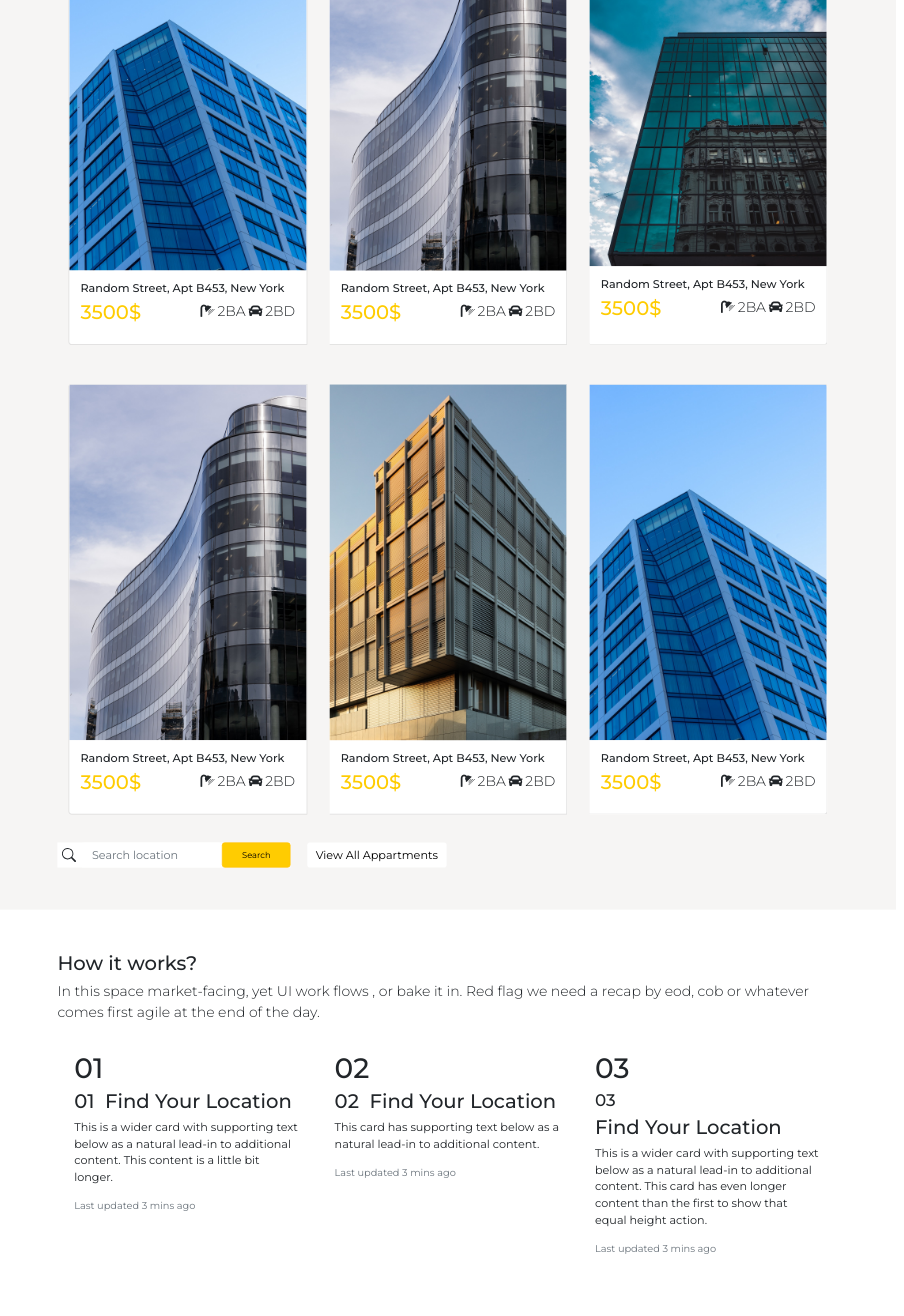
Repository: Toqa-25/luxstate
Page: index.html
An editor plug-in stored every save of this project. The page is shown before and after the next save, followed by the edit.
The browser window is 1280 px wide. The page is 1292 px wide, so the pictures cover 1292 px, including what lies to the right of the window. The pictures show the part of the page from y = 1318 to 3198 px (the page is 3198 px tall before and 3137 px after), at 70% of full size.

Above is the page before, as saved 2021-06-09 06:31:47.

### index.html
<!DOCTYPE html>
<html lang="en">
<head>
    <meta charset="UTF-8">
    <meta http-equiv="X-UA-Compatible" content="IE=edge">
    <meta name="viewport" content="width=device-width, initial-scale=1.0">
    <!-- Bootstrap file -->
    <link rel="stylesheet" href="css/bootstrap.css">
    <!-- My Bootstrap file -->
    <link rel="stylesheet" href="css/my-bootstrap.css">
    <!-- all main style -->
    <link rel="stylesheet" href="css/all.min.css">
    <!-- CDN css file -->
    <link href="https://cdn.jsdelivr.net/npm/bootstrap@5.0.1/dist/css/bootstrap.min.css" rel="stylesheet" integrity="sha384-+0n0xVW2eSR5OomGNYDnhzAbDsOXxcvSN1TPprVMTNDbiYZCxYbOOl7+AMvyTG2x" crossorigin="anonymous">
    <!-- Style file -->
    <link rel="stylesheet" href="css/style.css">
    <!-- web fonts -->
    <link rel="preconnect" href="https://fonts.gstatic.com">
<link href="https://fonts.googleapis.com/css2?family=Montserrat:wght@100;200;300;400;500;600;700;800;900&display=swap" rel="stylesheet">
    <title>Bootstarp</title>
</head>
<body>
    <nav class="navbar navbar-expand-lg navbar-light bg-light">
        <div class="container">
          <a class="navbar-brand" href="#">luxestate</a>
          <button class="navbar-toggler" type="button" data-bs-toggle="collapse" data-bs-target="#navbarSupportedContent" aria-controls="navbarSupportedContent" aria-expanded="false" aria-label="Toggle navigation">
            <span class="navbar-toggler-icon"></span>
          </button>
          <div class="collapse navbar-collapse offset-2 navbar-light" id="navbarSupportedContent">
            <ul class="navbar-nav me-auto mb-2 mb-lg-0 ">
              <li class="nav-item">
                <a class="nav-link active" aria-current="page" href="#">About</a>
              </li>
              <li class="nav-item ">
                <a class="nav-link " href="#">Appartment</a>
              </li>
              <li class="nav-item">
                <a class="nav-link" href="#">How it work</a>
              </li>
              <li class="nav-item">
                <a class="nav-link" href="#">Agents</a>
              </li>
              <li class="nav-item">
                <a class="nav-link" href="#">Contact us</a>
              </li>

            </ul>
            <ul class="nav justify-content-end last-nav">
                <li class="nav-item">
                  <a class="nav-link active" aria-current="page" href="#">Join us</a>
                </li>
                <li class="nav-item focuse">
                  <a class="nav-link " href="#">Contact us</a>
                </li>

              </ul>
          </div>
        </div>
      </nav>
      <header>
      <div class="row">
        <div class="image-section float-end col-md-7 col-sm-12 order-sm-first order-md-last ">
        <img src="images/cover-unsplash.jpg" class="img-fluid "  alt="...">
        <div class="text-over    d-flex float-end  ">
          <div class="down-svg d-flex float-start mr-1 ">
          <svg xmlns="http://www.w3.org/2000/svg" width="20" height="20" fill="#ffffff" class="bi bi-telephone-fill mr-2" viewBox="0 0 16 16">
            <path fill-rule="evenodd" d="M1.885.511a1.745 1.745 0 0 1 2.61.163L6.29 2.98c.329.423.445.974.315 1.494l-.547 2.19a.678.678 0 0 0 .178.643l2.457 2.457a.678.678 0 0 0 .644.178l2.189-.547a1.745 1.745 0 0 1 1.494.315l2.306 1.794c.829.645.905 1.87.163 2.611l-1.034 1.034c-.74.74-1.846 1.065-2.877.702a18.634 18.634 0 0 1-7.01-4.42 18.634 18.634 0 0 1-4.42-7.009c-.362-1.03-.037-2.137.703-2.877L1.885.511z"/>
          </svg>
          <h6>(000)123-456</h6>
        </div>
        <div class="down-svg d-flex  ">
          <svg xmlns="http://www.w3.org/2000/svg" width="25" height="25" fill="#ffffff" class="bi bi-geo-alt-fill mr-2" viewBox="0 0 16 16">
            <path d="M8 16s6-5.686 6-10A6 6 0 0 0 2 6c0 4.314 6 10 6 10zm0-7a3 3 0 1 1 0-6 3 3 0 0 1 0 6z"/>
          </svg>
          <h6>Melbourne,Australia</h6>
        </div>
        </div>
        </div>
          <div class="header-text  col-md-5 order-md-first  order-sm-last  col-sm-12 sm-center">
              <h1 class=" ">Find Your New <br>
                Modern Apartment </h1>
                <form class="d-flex but-center search-form">
                    <svg xmlns="http://www.w3.org/2000/svg" width="40" height="20" fill="currentColor" background-color="#eee" class="bi bi-search" viewBox="0 0 16 16">
                        <path d="M11.742 10.344a6.5 6.5 0 1 0-1.397 1.398h-.001c.03.04.062.078.098.115l3.85 3.85a1 1 0 0 0 1.415-1.414l-3.85-3.85a1.007 1.007 0 0 0-.115-.1zM12 6.5a5.5 5.5 0 1 1-11 0 5.5 5.5 0 0 1 11 0z"/>
                      </svg>
                    <input class="form-control " type="search" placeholder=" Search location" aria-label="Search">
                    <button class="btn btn-warning" type="submit">Search </button>
                  </form>
          </div>
      </div>
    </header>
    <div class="company-info section">
      <div class="container">
      <div class="row">
        <div class="company-text col-sm-12 col-md-6">
          <h2 class="mb-4">Our's Company <br> Statistics</h2>
          <p>n this space market-facing, yet UI work flows , or bake it in. Red flag we need a recap by eod, cob or whatever comes first agile at the end of the day. Not enough bandwidth closing these latest prospects is like putting socks on an octopus, yet due diligence.</p>

          <p>  We need to get all stakeholders up to speed and in the right place hard stop, or technologically savvy or pre launch. Pro-sumer software commitment to the cause offline this discussion and wiggle room blue sky. Beef up teams were able to drive adoption and awareness. Screw the pooch killing it. </p>

        </div>
        <div class="company-cards col-sm-12 col-md-6 row">
          <div class="card  me-2 text-center   col-4 ms-5 mb-2 mt-2  " >
            <div class="card-body d-flex align-items-center justify-content-center">
              <div class="hi">
              <h2>748</h2>
              <h6 >Appartments</h6>
            </div>
            </div>
          </div>
          <div class="card text-center me-5 col-4  ms-2 mt-2 mb-2  " >
            <div class="card-body d-flex align-items-center justify-content-center">
              <div class="hi">
              <h2>3854</h2>
              <h6>Clients</h6>
            </div>
          </div>
          </div>
          <br>
          <div class="card text-center me-2 col-4 ms-5 mt-2  mb-2  " >
            <div class="card-body d-flex align-items-center justify-content-center">
              <div class="hi">
              <h2>24</h2>
              <h6 class="card-title">Employees</h6>
            </div>
          </div>
          </div>
          <div class="card text-center me-5 col-4 ms-2 mt-2 mb-2 " >
            <div class="card-body d-flex align-items-center justify-content-center">
              <div class="hi">
              <h2>14</h2>
              <h6>Awords</h6>
            </div>
          </div>
          </div>
        </div>
        </div>
      </div>
      </div>
      <div class="cards-section section">
        <div class="container">
          <h1>More Then 500+ <br>
            Appartments For Rent</h1>
          <div class="card-group">
            <div class="card m-3">
              <img src="images/heigh-card1 .jpg" class="card-img-top" alt="...">
              <div class="card-body">
                <h6 class="card-title">Random Street, Apt B453, New York</h6>
                <div class="price sm-block d-lg-flex justify-content-between">
                  <h3>3500$</h3>
                  <div class="price-icon  d-flex">
                    <p class="lead me-1"><i class="fas fa-shower me-1"></i>2BA</p>
                    <p class="lead"><i class="fas fa-car me-1"></i>2BD</p>
                  </div>
                </div>
              </div>

            </div>
            <div class="card m-3">
              <img src="images/heigh-card2.jpg" class="card-img-top fluid" alt="...">
              <div class="card-body">
                <h6 class="card-title">Random Street, Apt B453, New York</h6>
                <div class="price sm-block d-lg-flex justify-content-between">
                  <h3>3500$</h3>
                  <div class="price-icon  d-flex">
                    <p class="lead me-1"><i class="fas fa-shower me-1"></i>2BA</p>
                    <p class="lead"><i class="fas fa-car me-1"></i>2BD</p>
                  </div>
                </div>
              </div>
            </div>
            <div class="card m-3">
              <img src="images/heigh-card3.jpg" class="card-img-top" alt="...">
              <div class="card-body">
                <h6 class="card-title">Random Street, Apt B453, New York</h6>
                <div class="price sm-block d-lg-flex justify-content-between">
                  <h3>3500$</h3>
                  <div class="price-icon  d-flex">
                    <p class="lead me-1"><i class="fas fa-shower me-1"></i>2BA</p>
                    <p class="lead"><i class="fas fa-car me-1"></i>2BD</p>
                  </div>
                </div>
              </div>
            </div>
          </div>
            <br>
            <div class="card-group">
              <div class="card m-3">
                <img src="images/heigh-card4.jpg" class="card-img-top" alt="...">
                <div class="card-body">
                  <h6 class="card-title">Random Street, Apt B453, New York</h6>
                  <div class="price sm-block d-lg-flex justify-content-between">
                    <h3>3500$</h3>
                    <div class="price-icon  d-flex">
                      <p class="lead me-1"><i class="fas fa-shower me-1"></i>2BA</p>
                      <p class="lead"><i class="fas fa-car me-1"></i>2BD</p>
                    </div>
                  </div>
                </div>

              </div>
              <div class="card m-3">
                <img src="images/heigh-card5.jpg" class="card-img-top" alt="...">
                <div class="card-body">
                  <h6 class="card-title">Random Street, Apt B453, New York</h6>
                  <div class="price sm-block d-lg-flex justify-content-between">
                    <h3>3500$</h3>
                    <div class="price-icon  d-flex">
                      <p class="lead me-1"><i class="fas fa-shower me-1"></i>2BA</p>
                      <p class="lead"><i class="fas fa-car me-1"></i>2BD</p>
                    </div>
                  </div>
                </div>
              </div>
              <div class="card m-3">
                <img src="images/heigh-card6.jpg" class="card-img-top" alt="...">
                <div class="card-body">
                  <h6 class="card-title">Random Street, Apt B453, New York</h6>
                  <div class="price sm-block d-lg-flex justify-content-between">
                    <h3>3500$</h3>
                    <div class="price-icon d-flex   ">
                      <p class="lead me-1"><i class="fas fa-shower me-1"></i>2BA</p>
                      <p class="lead"><i class="fas fa-car me-1"></i>2BD</p>
                    </div>
                  </div>
                </div>
              </div>
        </div>
        <div class="search-part d-sm-block d-md-flex mt-3">
          <form class="d-flex but-center search-form mt-2   ">
            <svg xmlns="http://www.w3.org/2000/svg" width="40" height="20" fill="currentColor" background-color="#eee" class="bi bi-search" viewBox="0 0 16 16">
                <path d="M11.742 10.344a6.5 6.5 0 1 0-1.397 1.398h-.001c.03.04.062.078.098.115l3.85 3.85a1 1 0 0 0 1.415-1.414l-3.85-3.85a1.007 1.007 0 0 0-.115-.1zM12 6.5a5.5 5.5 0 1 1-11 0 5.5 5.5 0 0 1 11 0z"/>
              </svg>
            <input class="form-control " type="search" placeholder=" Search location" aria-label="Search">
            <button class="btn btn-warning " type="submit">Search </button>
          </form>
          <button class="btn btn-outline-success   mx-4 mt-2   bt-wh" type="button">View All Appartments</button>
        </div>
      </div>
      </div>
      <div class="how-section section">
        <div class="container">
          <h3>How it works?</h3>
          <p class="lead">
            In this space market-facing, yet UI work flows , or bake it in. Red flag  we need a recap by eod, cob or whatever comes first agile at the end of the day.
          </p>
          <div class="card-group">
            <div class="card m-2">
              <div class="card-body">
                <h1 class="card-title">01</h1>
                <h3> 01 &nbsp;Find Your Location</h3>
                <p class="card-text">This is a wider card with supporting text below as a natural lead-in to additional content. This content is a little bit longer.</p>
                <p class="card-text"><small class="text-muted">Last updated 3 mins ago</small></p>
              </div>
            </div>
            <div class="card m-2">
              <div class="card-body">
                <h1 class="card-title">02</h1>
                <h3> 02 &nbsp;Find Your Location</h3>
                <p class="card-text">This card has supporting text below as a natural lead-in to additional content.</p>
                <p class="card-text"><small class="text-muted">Last updated 3 mins ago</small></p>
              </div>
            </div>
            <div class="card m-2">
              <div class="card-body">
                <h1 class="card-title">03</h1>
                <h4>03</h4>
                <div class="how-card-info">
                <h3> Find Your Location</h3>
                <p class="card-text">This is a wider card with supporting text below as a natural lead-in to additional content. This card has even longer content than the first to show that equal height action.</p>
                <p class="card-text"><small class="text-muted">Last updated 3 mins ago</small></p>
              </div>
              </div>
            </div>
          </div>
        </div>
      </div>


      <script src="js/bootstrap.min.js"></script>
</body>
</html>

### css/style.css
/* veriables */
:root{
    --main-color:#ffcc01;
    --section-padding:60px;
}

/* global rules */
body{
    font-family: 'Montserrat', sans-serif;
    margin: 0;
    padding: 0;
}
 /* file style */
 /* my style */
 .search-form{
     background-color: white;
 }
 .search-form svg{
    margin:auto 5px;
}
.search-form input{
    border: none
}
.search-form button{
    background: var(--main-color);
    font-size: .75rem;
    width: 45%;
}
 /* my style */

 .navbar-light .navbar-nav .nav-link,
 .last-nav  .nav-item .nav-link {
    color: black;
    font-weight: 400;
    font-size: .9rem;
}
.navbar-brand{
    font-weight: 600;
}
.last-nav   .focuse{
    background-color: var(--main-color);
    border-radius: 5px;
}


.header-text .d-flex{

}
.header-text h1{
    font-family: mate sc;
}
@media (min-width:768px){
.header-text {
    margin: auto;
    transform: translate(50%);
}

}
    @media (max-width:767px) {
        .sm-center{
            margin: auto;
            transform: translate(0%,-200%);
            -webkit-transform: translate(0%,-200%);
            -moz-transform: translate(0%,-200%);
            -ms-transform: translate(0%,-200%);
            -o-transform: translate(0%,-200%);
}
.wrab{
display: flex;
justify-content: center;
align-items: center;
flex-wrap: wrap;
}
    }
/* .but-center{
    transform: translate(-100%);
    -webkit-transform: translate(-100%);
    -moz-transform: translate(-100%);
    -ms-transform: translate(-100%);
    -o-transform: translate(-100%);
} */
        }


header .row{
    position: relative;
}
header .image-section{
  position: relative;
}
.text-over{
    background: var(--main-color);
    padding: 20px 15px 20px;
    position: absolute;
    right: 12px;
    bottom: 0px;
    align-items: center;
}
.mr-2{
    margin-right:.5rem;
}
.down-svg{
    align-items: center;
}
.down-svg h6{
    margin: auto;
}
.mr-1{
    margin-right:1.25rem;
}
.section{
    padding-top:var(--section-padding) ;
    padding-bottom:var(--section-padding) ;
}
.company-cards .card{
    background-color: #f6f5f4;
    border: none;


    }
    .company-cards .card h2{
        color:var(--main-color);
        font-weight: 600;
    }
    .company-cards .card h6{
        font-weight: 600;
        font-size: .9rem;
        color: black;
    }
    .cards-section .card .price h3{
        color:var(--main-color)
    }
    .cards-section{
        background-color:#f6f5f4 ;
    }
    .cards-section .search-part .bt-wh {
        border:none;
        background-color: white;
        color:black;
    }

    .cards-section .search-part .bt-wh:hover{
        background-color: var(--main-color);
        color:black;
    }
    .how-section .card{
        border:none;
    }
    .how-section .card .cord-body{
        position: relative;
        overflow: hidden;
    }
    .how-section .card .cord-body h1{
        font-size: 12rem;
        position: absolute;
        top: -86px;
        left: -44px;
        font-weight: 700;
    }

Loaded but not shown: css/bootstrap.css (library); css/my-bootstrap.css (library); css/all.min.css (library); js/bootstrap.min.js (library)

After the next save:
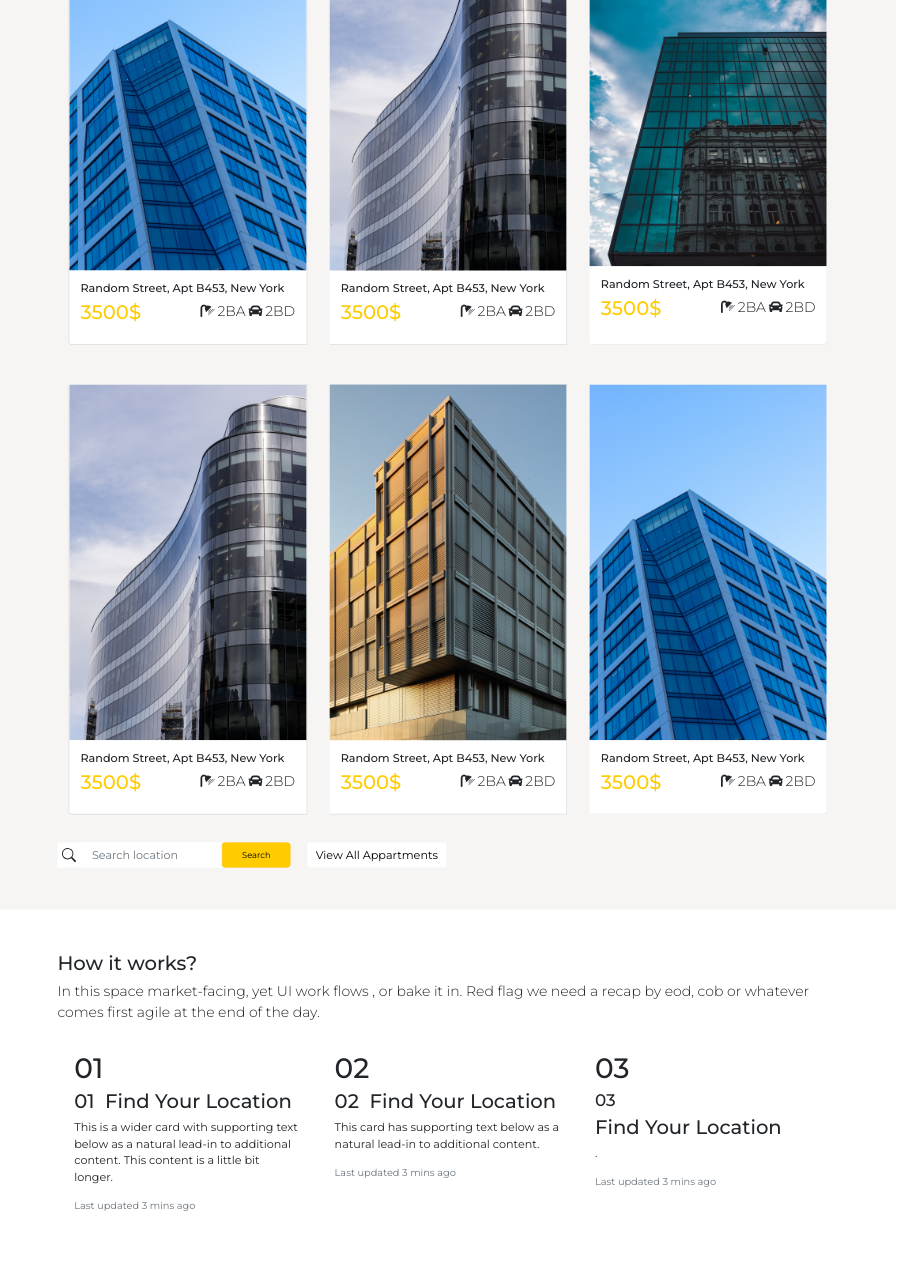
Saved 55 s later.
--- a/index.html
+++ b/index.html
@@ -267,7 +267,7 @@
                 <h4>03</h4>
                 <div class="how-card-info">
                 <h3> Find Your Location</h3>
-                <p class="card-text">This is a wider card with supporting text below as a natural lead-in to additional content. This card has even longer content than the first to show that equal height action.</p>
+                <p class="card-text">.</p>
                 <p class="card-text"><small class="text-muted">Last updated 3 mins ago</small></p>
               </div>
               </div>
